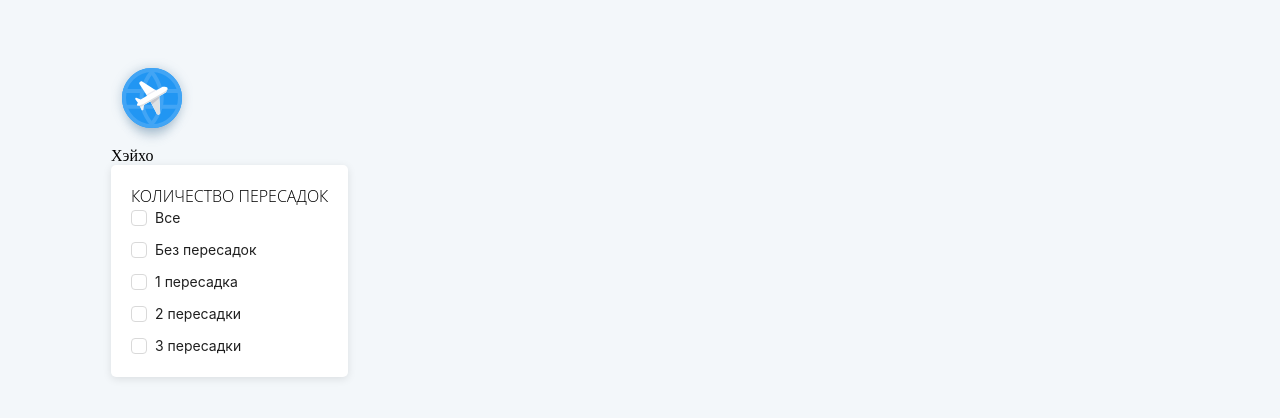
Repository: Dedoxa/aviasalesTickets
Page: /
These files come from the project's save history. The page is drawn as it stood at one moment and after the next save; the edit follows.
The browser window is 1280 px wide. The pictures show the whole page.
The project was rebuilt for these pictures with package versions that can differ from the ones it lists, and the page was loaded fresh each time. Also part of the build but not shown: vite.config.js.

Above is the page before, as saved 2024-10-19 15:59:02.

### index.html
<!doctype html>
<html lang="en">
  <head>
    <meta charset="UTF-8" />
    <meta name="viewport" content="width=device-width, initial-scale=1.0" />
    <title>AviasalesTickets</title>
  </head>
  <body>
    <div id="root"></div>
    <script type="module" src="/src/main.jsx"></script>
  </body>
</html>

### src/main.jsx
import { StrictMode } from 'react';
import { createRoot } from 'react-dom/client';

import App from './App.jsx';

createRoot(document.getElementById('root')).render(
  <StrictMode>
    <App />
  </StrictMode>
);

### src/App.jsx
// import React from 'react';

import TransferFilters from './TransferFilters/TransferFilters.jsx';
import AppIcon from './AppIcon/AppIcon.jsx';
import classes from './App.module.scss';

function App() {
  return (
    <>
      <AppIcon />
      <div className={classes.hehmda}>
        <span className={classes['textSpan']}>Хэйхо</span>
      </div>
      <TransferFilters />
    </>
  );
}

export default App;

### src/TransferFilters/TransferFilters.jsx
import { Checkbox } from 'antd';

import { contentBox } from '../App.module.scss';

import classes from './TransferFilters.module.scss';

const TransferFilters = () => {
  return (
    <>
      <div className={contentBox}>
        <span className={classes.title}>КОЛИЧЕСТВО ПЕРЕСАДОК</span>
        <div className={classes.checkboxContainer}>
          <Checkbox>Все</Checkbox>
          <Checkbox>Без пересадок</Checkbox>
          <Checkbox>1 пересадка</Checkbox>
          <Checkbox>2 пересадки</Checkbox>
          <Checkbox>3 пересадки</Checkbox>
        </div>
      </div>
    </>
  );
};

export default TransferFilters;

### src/AppIcon/AppIcon.jsx
import './AppIcon.scss';

const AppIcon = () => {
  return (
    <div className="AppIcon">
      <img src="/public/img/Logo.svg" alt="AviasalesIcon" />
    </div>
  );
};

export default AppIcon;

### src/App.module.scss
@font-face {
  font-family: 'Open Sans';
  src: url('https://fonts.googleapis.com/css2?family=Open+Sans:ital,wght@0,300..800;1,300..800&display=swap');
}

body {
  background-color: #f3f7fa;
  padding: 50px 103px;
}

.contentBox {
  display: inline-block;
  font-family: 'Open Sans', sans-serif;
  background-color: #fff;
  border-radius: 5px;
  box-shadow: 0 2px 8px 0 rgba(0, 0, 0, 0.1);
  padding: 20px;
}

### src/TransferFilters/TransferFilters.module.scss
.title {
  margin-bottom: 20px;
  font-weight: 300;
}

.checkboxContainer {
  display: flex;
  flex-direction: column;
  gap: 10px;
}

### src/AppIcon/AppIcon.scss
.AppIcon {
    display: flex;
}

.AviasalesIconPlane {
    position: relative;
    left: -55px
}

After the next save:
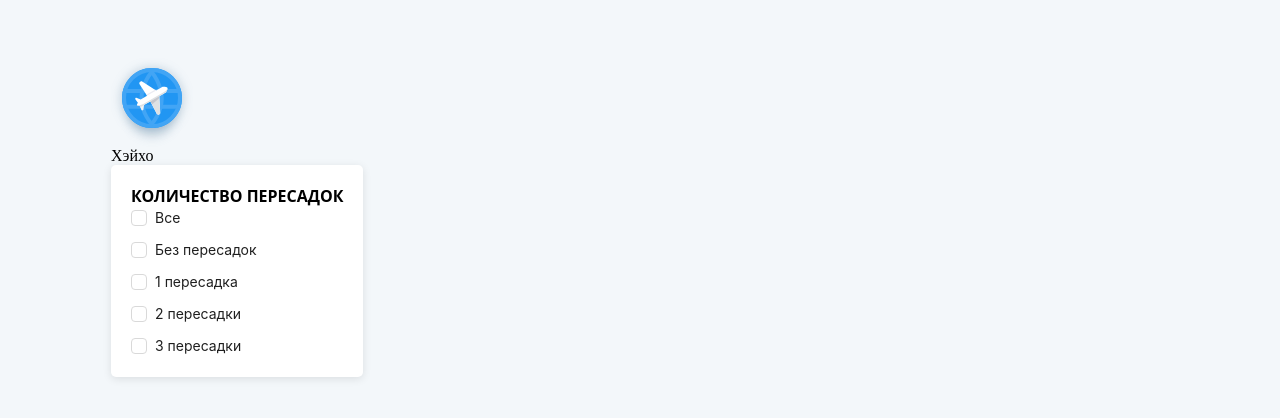
Saved 6 s later.
--- a/src/TransferFilters/TransferFilters.module.scss
+++ b/src/TransferFilters/TransferFilters.module.scss
@@ -1,6 +1,6 @@
 .title {
   margin-bottom: 20px;
-  font-weight: 300;
+  font-weight: bold;
 }
 
 .checkboxContainer {
